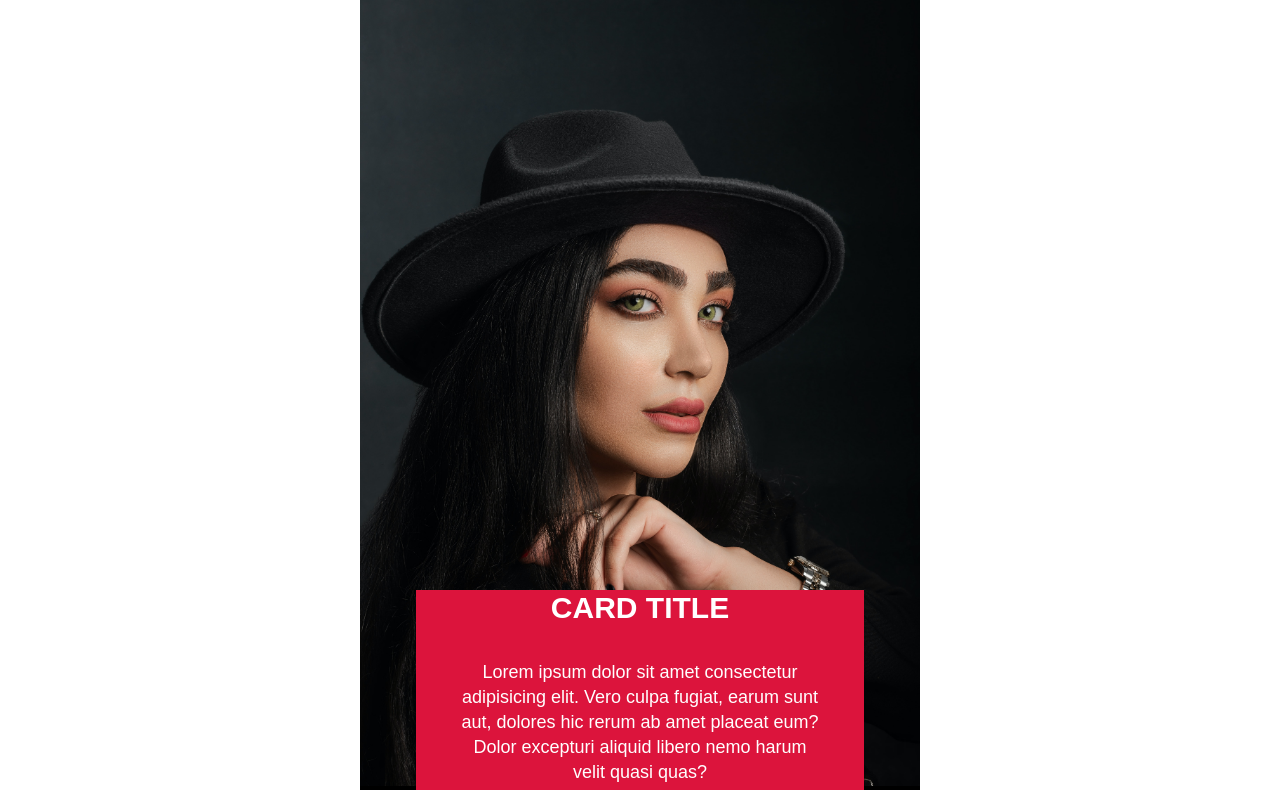
Repository: DevMike1993/100_Projects_HTML_CSS_JAVASCRIPT
Page: 07_Creative_Image_Hover_Effect/03_Effect/index.html
An editor plug-in stored every save of this project. The page is shown before and after a run of saves, followed by the edit.
The browser window is 1280 px wide. The pictures show the whole page.

Above is the page before, as saved 2023-11-30 12:43:30.

After the next 2 saves:
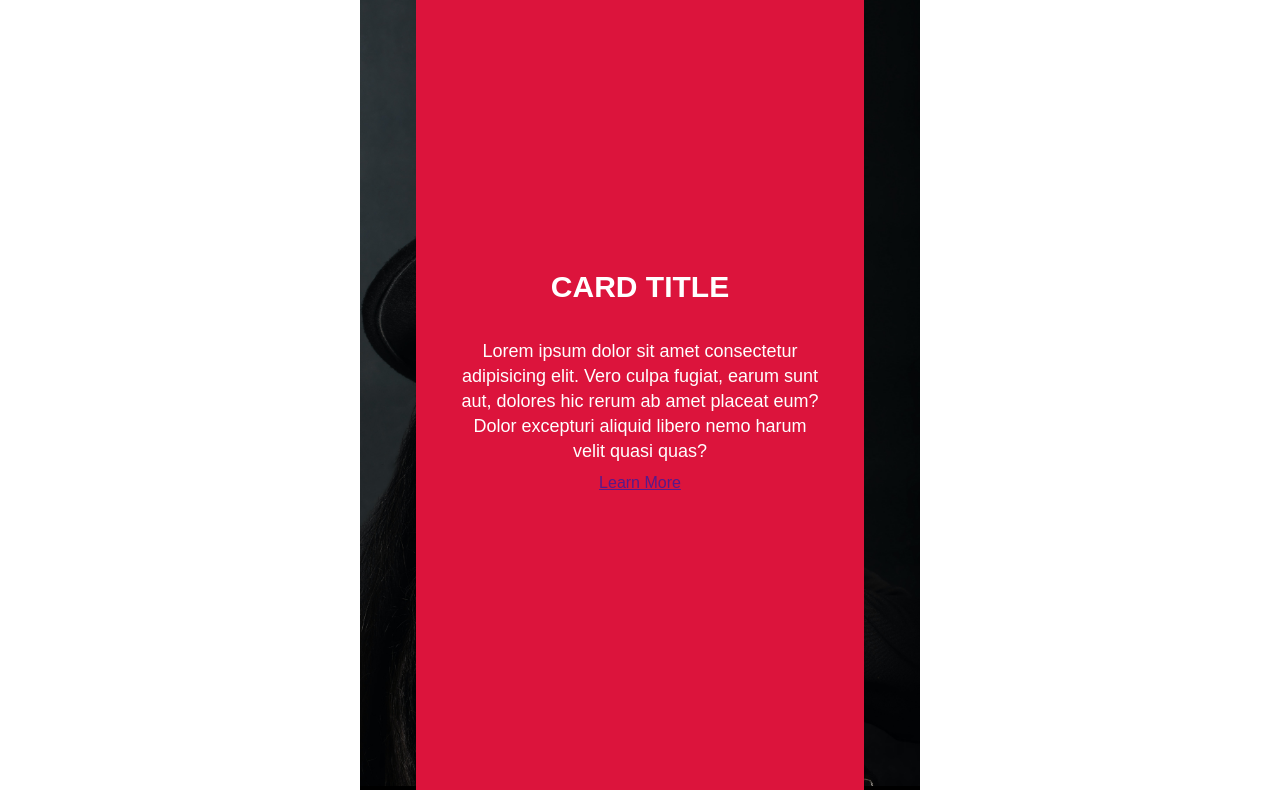
The 2 saves are shown as one change because they came seconds apart.
The last was saved 38 s later.
--- a/07_Creative_Image_Hover_Effect/03_Effect/style.css
+++ b/07_Creative_Image_Hover_Effect/03_Effect/style.css
@@ -19,7 +19,7 @@ body {
     position: absolute;
     bottom: 0px;
     width: 80%;
-    height: 200px;
+    height: 100%;
     background: crimson;
     left: 10%;
     text-align: center;
